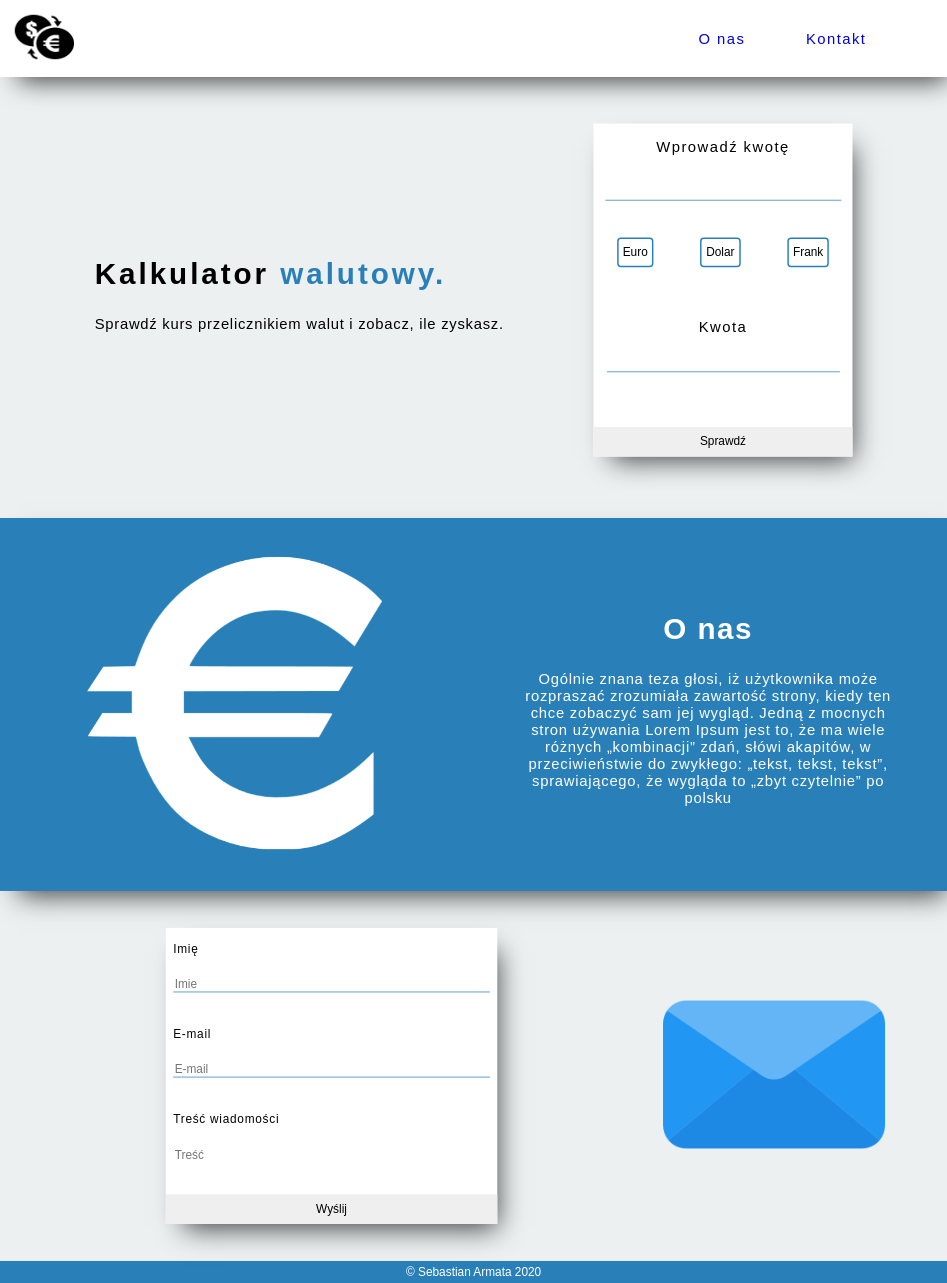
Repository: SebastianArmata22/Kalkulator-walut
Page: index.html
These files come from the project's save history. The page is drawn as it stood at one moment and after the next save; the edit follows.
The browser window is 1280 px wide. The pictures show the whole page, at 74% of full size.

Above is the page before, as saved 2020-10-27 17:47:17.

After the next save:
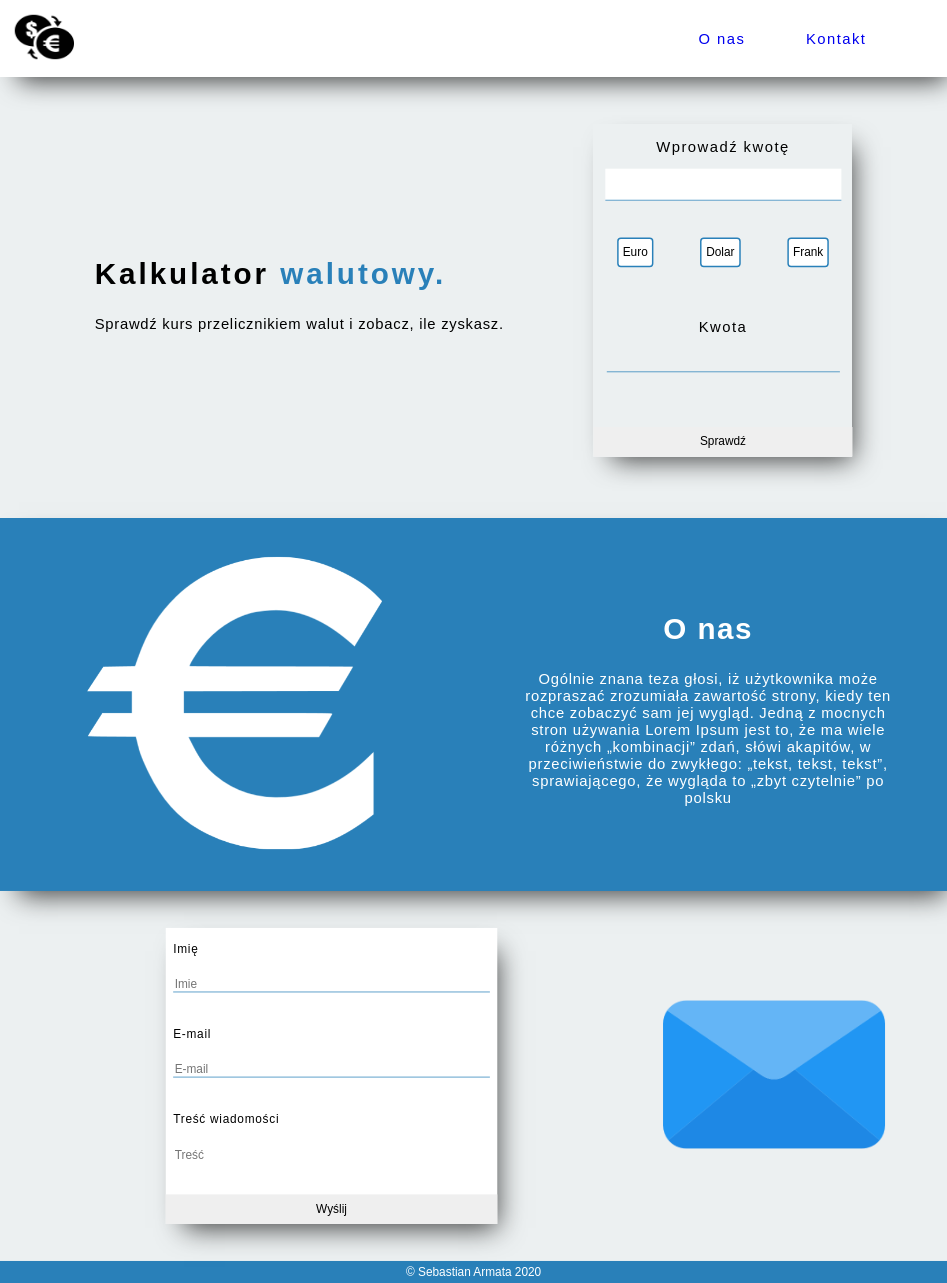
Saved 40 s later.
--- a/style.css
+++ b/style.css
@@ -79,7 +79,7 @@
     height: 450px;
     width: 350px;
     text-align: center;
-    background-color: white;
+
 }
 .text h1{
     font-size: 50px;

After the save that followed:
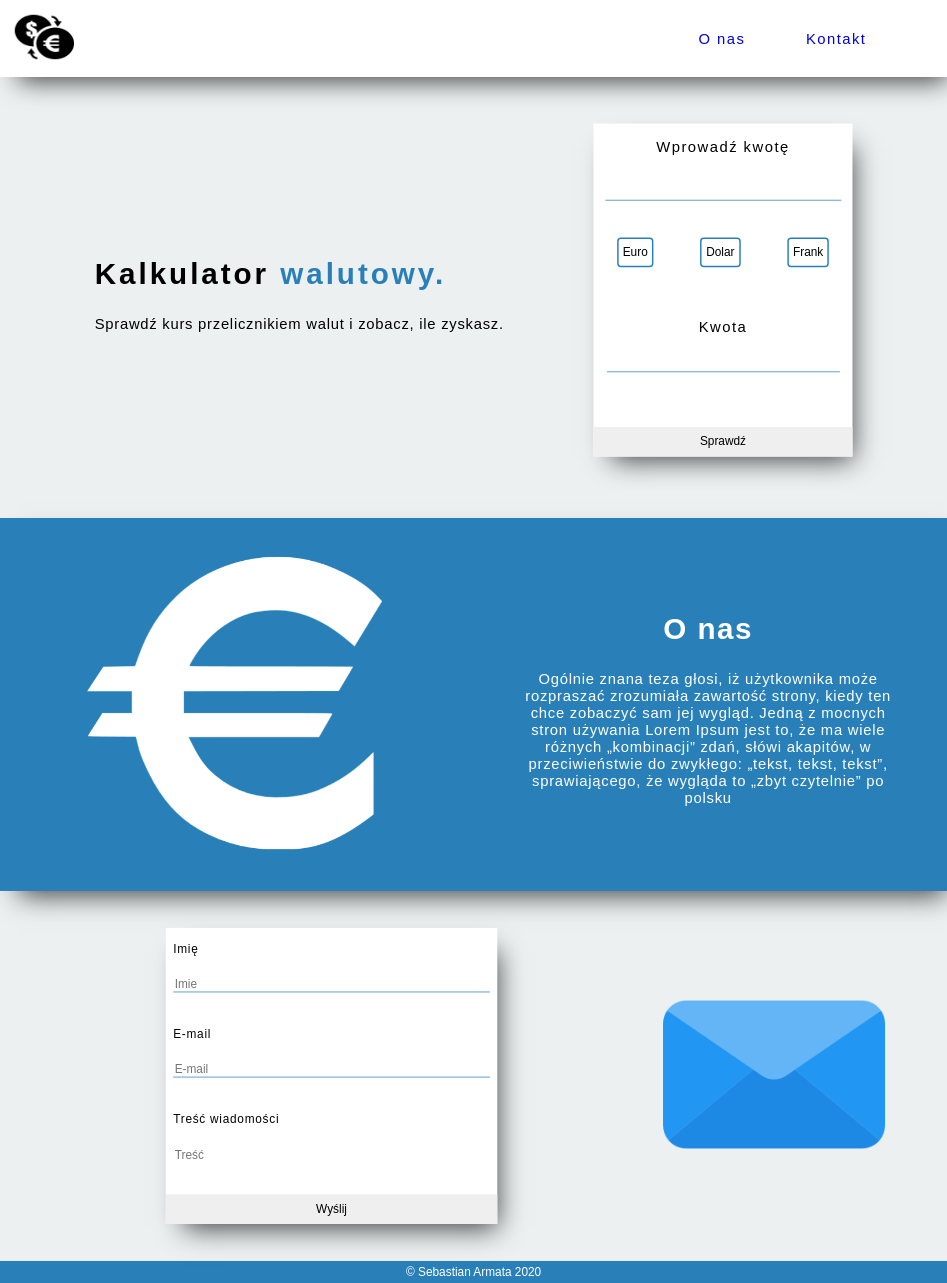
Saved 9 s later.
--- a/style.css
+++ b/style.css
@@ -79,7 +79,7 @@
     height: 450px;
     width: 350px;
     text-align: center;
-
+    background-color: white;
 }
 .text h1{
     font-size: 50px;
